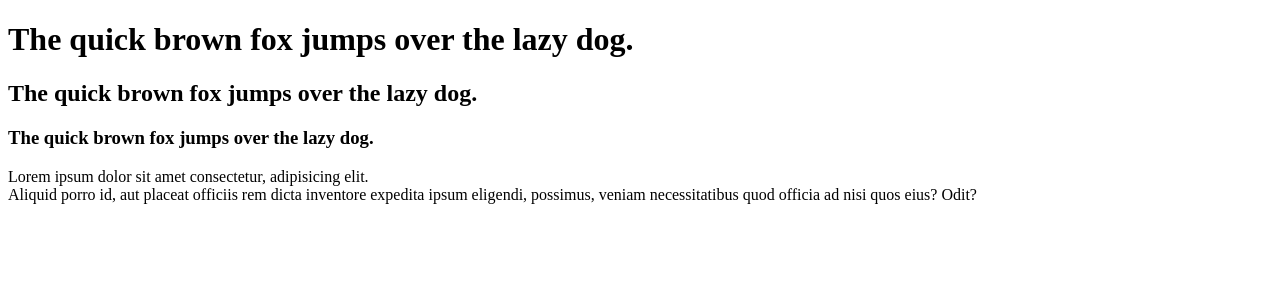
Repository: PhilipMuturi/website
Page: website/index.html
An editor plug-in stored every save of this project. The page is shown before and after the next save, followed by the edit.
The browser window is 1280 px wide. The pictures show the whole page.

Above is the page before, as saved 2023-11-29 10:42:05.

### website/index.html
<!DOCTYPE html>
<html>
    <head>
        <title>My first website</title>
    </head>
    <body>
        <h1>The quick brown fox jumps over the lazy dog.</h1>
        <h2>The quick brown fox jumps over the lazy dog.</h2>
        <h3>The quick brown fox jumps over the lazy dog.</h3>
        <p>Lorem ipsum dolor sit amet consectetur, adipisicing elit.<br>Aliquid porro id, aut placeat officiis rem dicta inventore expedita ipsum eligendi, possimus, veniam necessitatibus quod officia ad nisi quos eius? Odit?</p>
    </body>
</html>

After the next save:
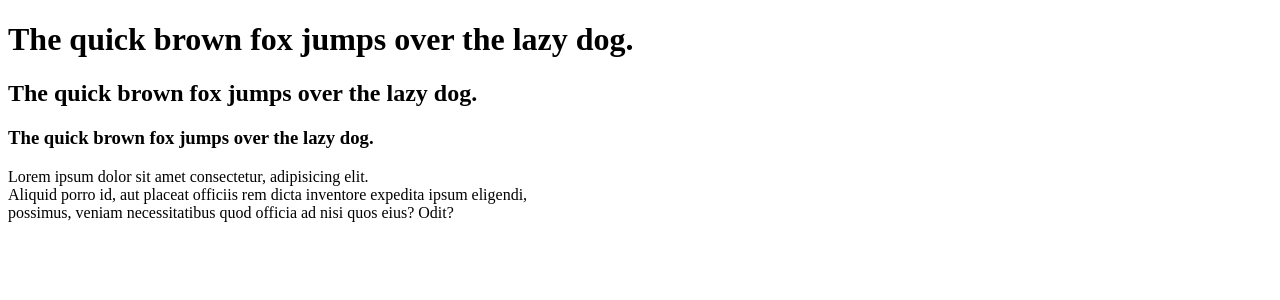
Saved 26 s later.
--- a/website/index.html
+++ b/website/index.html
@@ -7,6 +7,6 @@
         <h1>The quick brown fox jumps over the lazy dog.</h1>
         <h2>The quick brown fox jumps over the lazy dog.</h2>
         <h3>The quick brown fox jumps over the lazy dog.</h3>
-        <p>Lorem ipsum dolor sit amet consectetur, adipisicing elit.<br>Aliquid porro id, aut placeat officiis rem dicta inventore expedita ipsum eligendi, possimus, veniam necessitatibus quod officia ad nisi quos eius? Odit?</p>
+        <p>Lorem ipsum dolor sit amet consectetur, adipisicing elit.<br>Aliquid porro id, aut placeat officiis rem dicta inventore expedita ipsum eligendi, <br>possimus, veniam necessitatibus quod officia ad nisi quos eius? Odit?</p>
     </body>
 </html>
